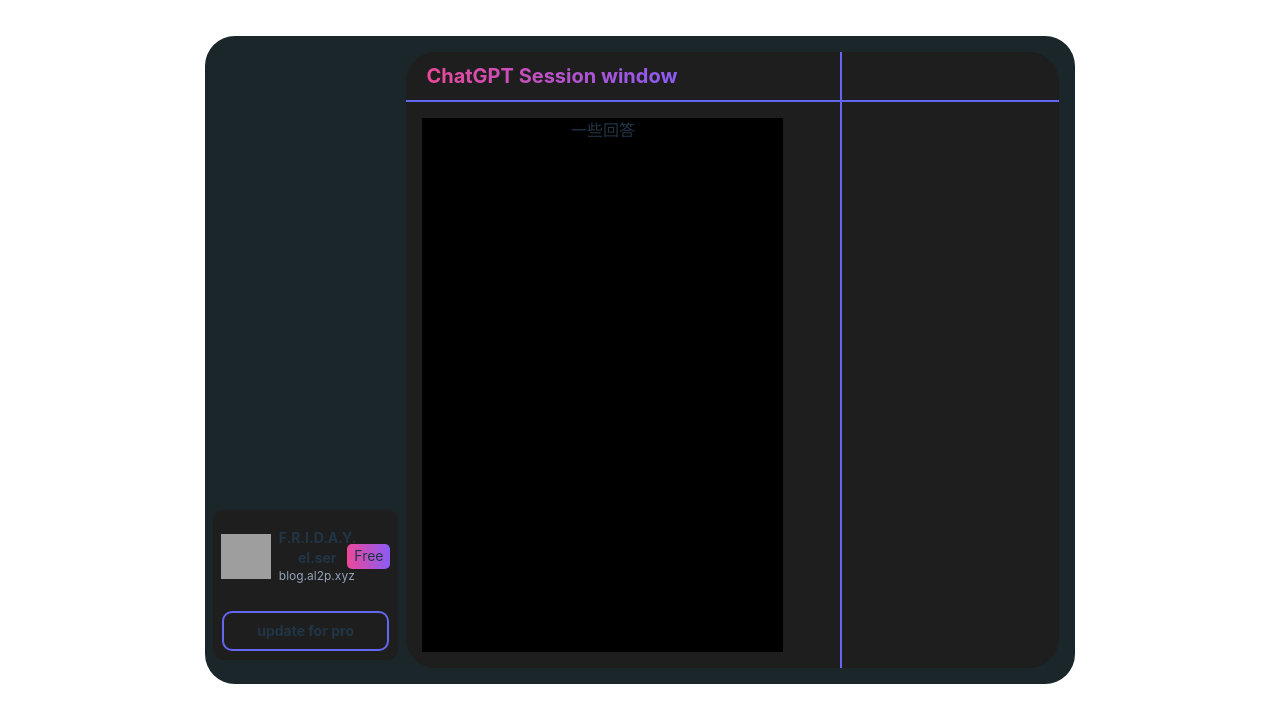
Repository: yezhonghu0503/chatgpt-vue-lac
Page: /
An editor plug-in stored every save of this project. The page is shown before and after the next save, followed by the edit.
The browser window is 1280 px wide. The pictures show the whole page.
Pictures or frames that could not be fetched are drawn as grey boxes. The project was rebuilt for these pictures with package versions that can differ from the ones it lists, and the page was loaded fresh each time. Also part of the build but not shown: vite.config.ts.

Above is the page before, as saved 2023-05-18 17:50:07.

### src/style.css
@tailwind base;
@tailwind components;
@tailwind utilities;

:root {
  font-family: Inter, system-ui, Avenir, Helvetica, Arial, sans-serif;
  line-height: 1.5;
  font-weight: 400;

  color-scheme: light dark;
  color: rgba(255, 255, 255, 0.87);
  /* background-color: #242424; */
  background-color: rgb(21, 21, 21);

  font-synthesis: none;
  text-rendering: optimizeLegibility;
  -webkit-font-smoothing: antialiased;
  -moz-osx-font-smoothing: grayscale;
  -webkit-text-size-adjust: 100%;
}

a {
  font-weight: 500;
  color: #646cff;
  text-decoration: inherit;
}

a:hover {
  color: #535bf2;
}

body {
  margin: 0;
  display: flex;
  place-items: center;
  min-width: 320px;
  min-height: 100vh;
}

h1 {
  font-size: 3.2em;
  line-height: 1.1;
}

button {
  border-radius: 8px;
  border: 1px solid transparent;
  padding: 0.6em 1.2em;
  font-size: 1em;
  font-weight: 500;
  font-family: inherit;
  background-color: #1a1a1a;
  cursor: pointer;
  transition: border-color 0.25s;
}

button:hover {
  border-color: #646cff;
}

button:focus,
button:focus-visible {
  outline: 4px auto -webkit-focus-ring-color;
}

.card {
  padding: 2em;
}

#app {
  max-width: 1280px;
  margin: 0 auto;
  padding: 2rem;
  text-align: center;
}

@media (prefers-color-scheme: light) {
  :root {
    color: #213547;
    background-color: #ffffff;
  }

  a:hover {
    color: #747bff;
  }

  button {
    background-color: #f9f9f9;
  }
}

### src/App.vue
<script setup lang="ts">
import chat from './pages/chat.vue';
</script>

<template>
  <chat />
</template>

<style scoped></style>

### src/pages/chat.vue
<template>
    <div class="w-[68vw] h-[90vh] bg-rg-chat-border rounded-[30px] flex justify-end p-4 pl-0">
        <chatMenu />
        <chatMain />

    </div>
</template>
<script lang="ts" setup>
import chatMain from '../components/chat-main/chatMain.vue';
import chatMenu from '../components/chat-menu/chatMenu.vue'
</script>
<style lang="less" scoped></style>

### src/components/chat-main/chatMain.vue
<template>
  <div class="w-[51vw] h-[100%] bg-rg-chat rounded-[30px] flex">
    <div class="flex flex-col w-[34vw] h-[100%] border-r-2 border-indigo-500">
      <div
        class="w-[100%] h-[50px] border-b-2 border-indigo-500 flex justify-start items-center p-5"
      >
        <span
          class="text-xl font-bold text-transparent bg-clip-text bg-gradient-to-r from-pink-500 to-violet-500"
          >ChatGPT Session window</span
        >
      </div>
      <div class="flex flex-grow w-[100%] p-4">
        <div class="w-[90%] bg-black">
          {{ msg }}
          <img src="" alt="" />
        </div>
      </div>
    </div>
    <div class="w-[17vw] h-[50px] border-b-2 border-indigo-500"></div>
  </div>
</template>

<script lang="ts" setup>
const msg: string = "一些回答";
</script>

### src/components/chat-menu/chatMenu.vue
<template>
  <div class="w-[17vw] h-[100%] flex justify-center items-end p-2">
    <div
      class="w-[100%] h-[150px] bg-rg-chat flex flex-col justify-around items-center rounded-[10px]"
    >
      <div class="w-[100%] h-[75px] flex justify-between items-center p-2">
        <div class="flex items-center">
          <img
            class="w-[50px] h-[45px]"
            src="https://blog.al2p.xyz/upload/laclogo.png"
          />
          <div class="flex flex-col items-start ml-2">
            <div class="text-sm font-bold">F.R.I.D.A.Y. el.ser</div>
            <div class="text-xs text-slate-400">blog.al2p.xyz</div>
          </div>
        </div>
        <div
          class="flex justify-center rounded-[5px] text-sm items-center w-[60px] h-[25px] bg-gradient-to-r from-pink-500 to-violet-500"
        >
          Free
        </div>
      </div>
      <div
        class="text-sm flex items-center justify-center w-[13vw] h-[40px] rounded-[10px] border-2 border-indigo-500 font-bold"
      >
        update for pro
      </div>
    </div>
  </div>
</template>

<script lang="ts" setup></script>

<style lang="less" scoped></style>

### tailwind.config.js
/** @type {import('tailwindcss').Config} */
export default {
  content: [
    "./index.html",
    "./src/**/*.{vue,js,ts,jsx,tsx}",
  ],
  theme: {
    extend: {
      colors: {
        'rg-chat': 'rgb(30,30,30)',
        'rg-chat-border': 'rgb(27,38,42)'
      }
    }
  },
  plugins: [],
}

Loaded but not shown: index.html (common file); src/main.ts (common file)

After the next save:
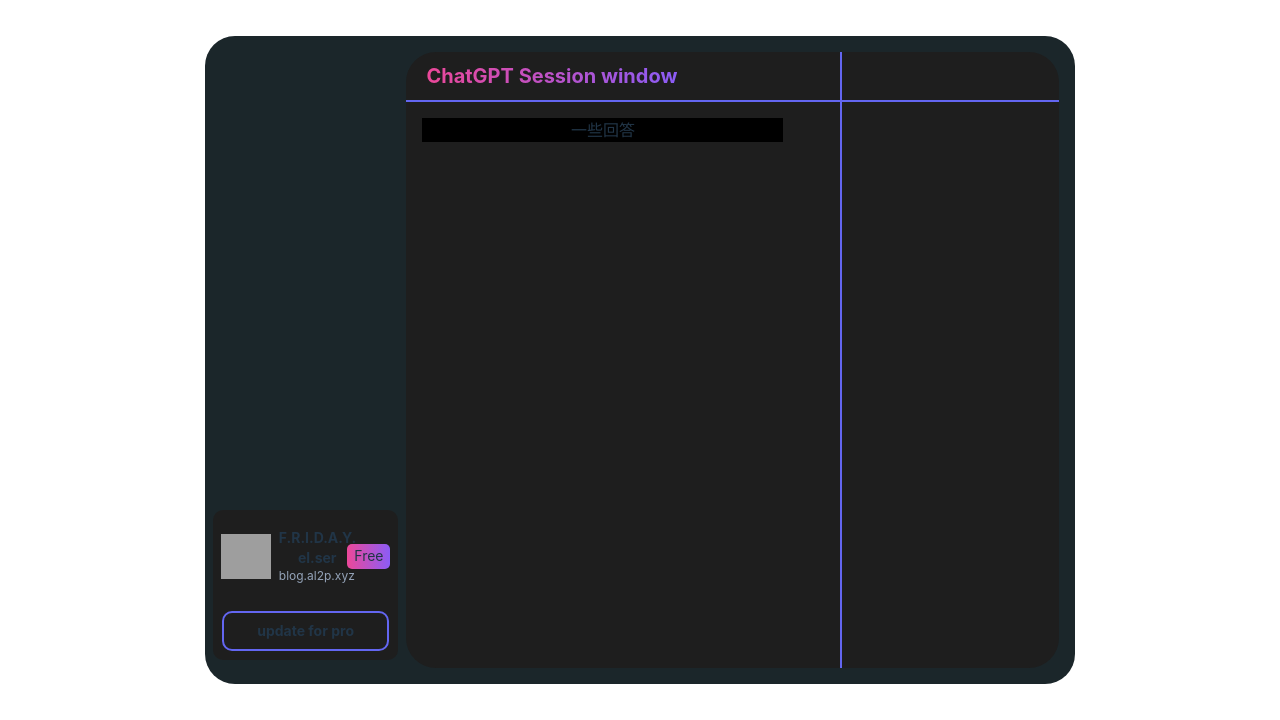
Saved 11 min 6 s later.
--- a/src/components/chat-main/chatMain.vue
+++ b/src/components/chat-main/chatMain.vue
@@ -9,7 +9,7 @@
           >ChatGPT Session window</span
         >
       </div>
-      <div class="flex flex-grow w-[100%] p-4">
+      <div class="flex w-[100%] p-4">
         <div class="w-[90%] bg-black">
           {{ msg }}
           <img src="" alt="" />
